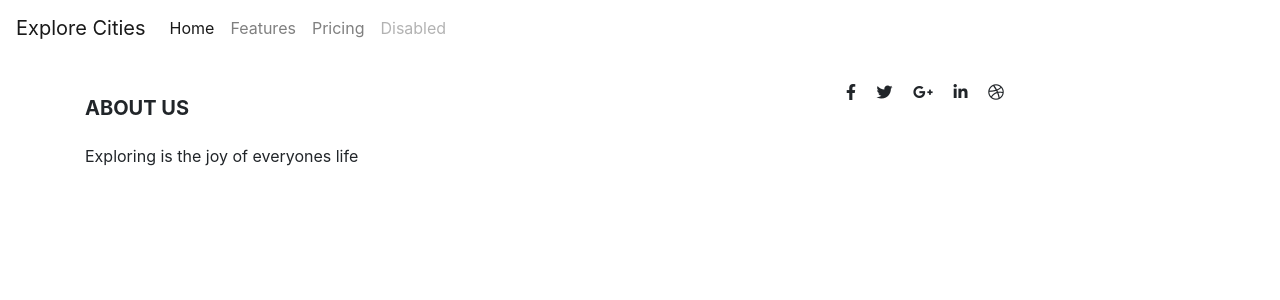
Repository: vaida898/holiday-website
Page: index.html
The author's editor kept a record of every edit. The page is drawn from the files as they stood at one moment, then again after the next edit.
The browser window is 1280 px wide. The pictures show the whole page.
Some web libraries are served in a nearby version.

Above is the page before.

After the next edit:
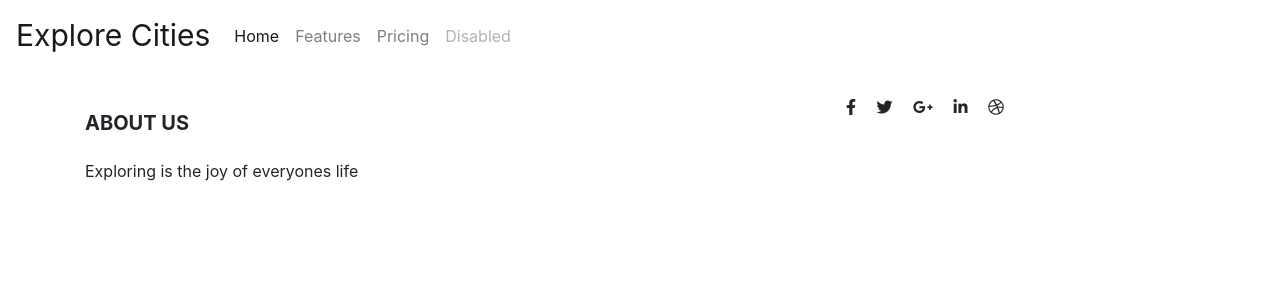
The edit:
--- a/css/style.css
+++ b/css/style.css
@@ -1,3 +1,7 @@
 .nav {
     background-color: #A3F2A8;
 }
+
+.navbar-brand {
+    font-size: 30px;
+}
